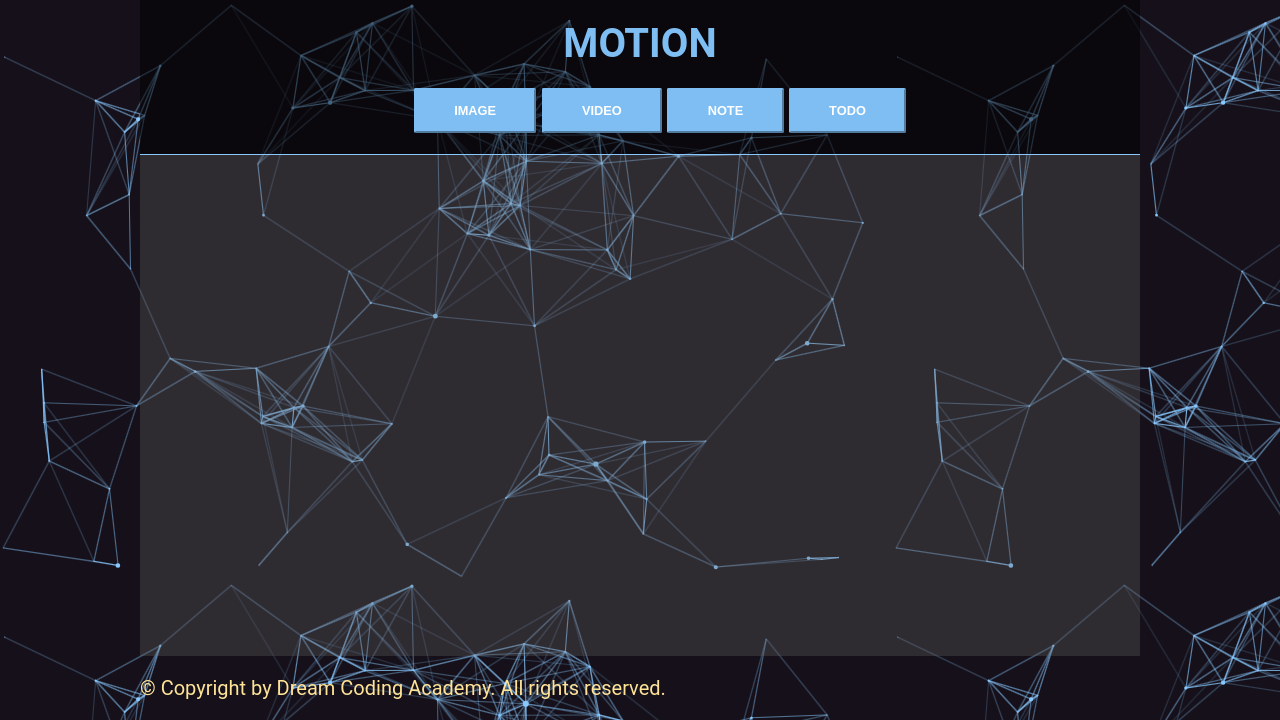
Repository: chefkuna/Motion
Page: index.html
The author's editor kept a copy of each file at every save. The page is drawn from the files as they stood at one save, then again after the next save.
The browser window is 1280 px wide. The pictures show the whole page.

Above is the page before, as saved 2022-08-21 14:50:41.

After the next save:
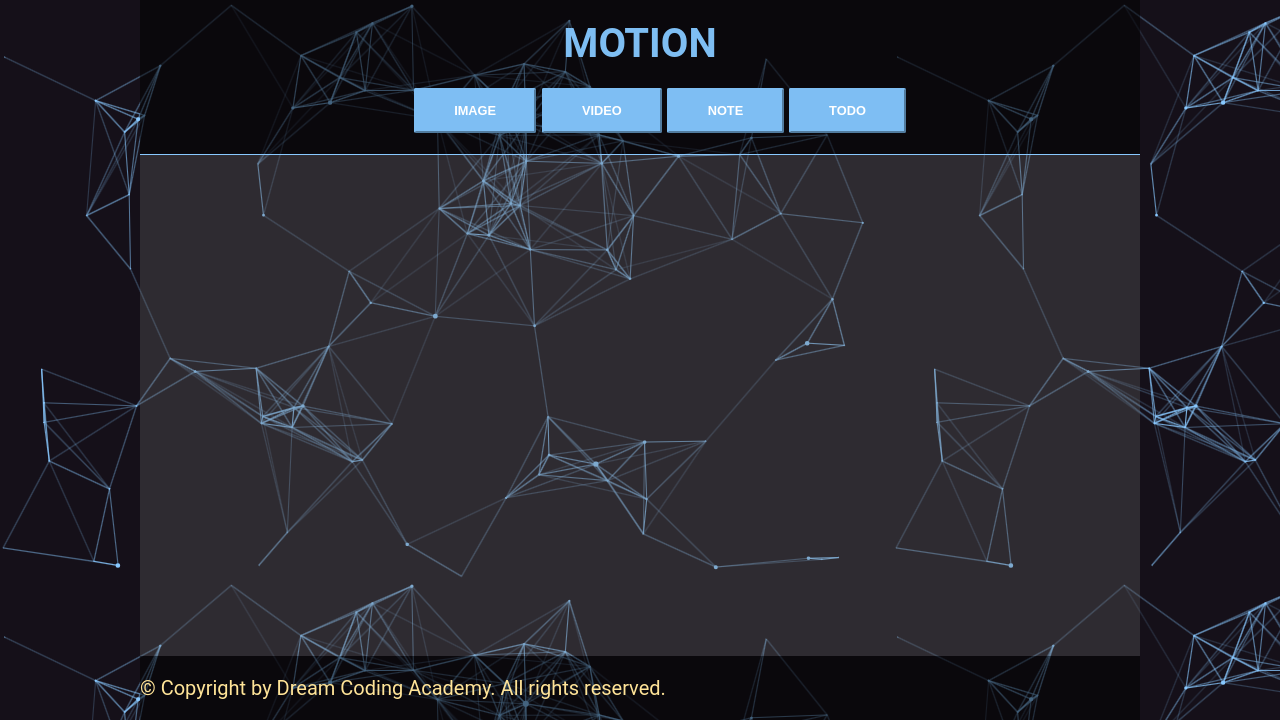
Saved 53 s later.
--- a/style/style.css
+++ b/style/style.css
@@ -89,3 +89,7 @@ body {
 .document::-webkit-scrollbar-thumb {
   background-color: var(--accent-color);
 }
+
+.footer {
+  background: var(--bg-main-color);
+}
